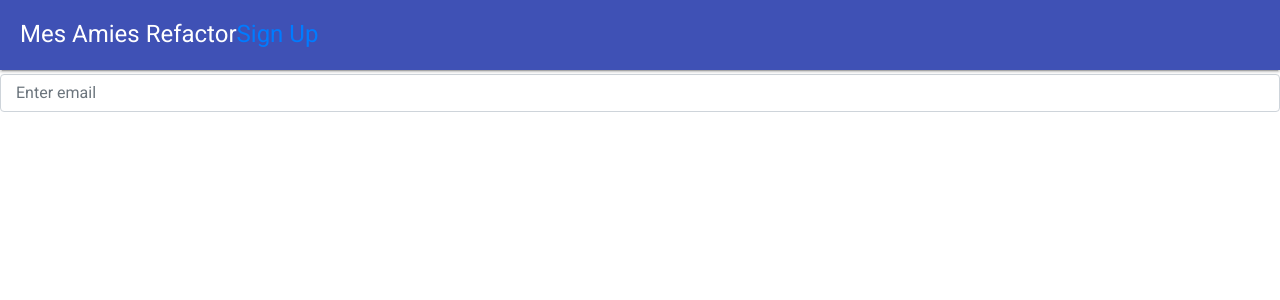
Repository: Symfomany/react-part2
Page: /signup
The author's editor kept a copy of each file at every save. The page is drawn from the files as they stood at one save, then again after the next save.
The browser window is 1280 px wide. The pictures show the whole page.
The project was rebuilt for these pictures with package versions that can differ from the ones it lists, and the page was loaded fresh each time. Also part of the build but not shown: src/Formulaire.js, src/Item.css, src/Item.js, src/Liste.js, src/Loader.css, src/Loader.js, src/Main.js.

Above is the page before, as saved 2018-05-22 07:28:25.

### public/index.html
<!DOCTYPE html>
<html lang="en">

<head>
  <meta charset="utf-8">
  <meta name="viewport" content="width=device-width, initial-scale=1, shrink-to-fit=no">
  <meta name="theme-color" content="#000000">
  <!--
      manifest.json provides metadata used when your web app is added to the
      homescreen on Android. See https://developers.google.com/web/fundamentals/engage-and-retain/web-app-manifest/
    -->
  <link href="%PUBLIC_URL%/manifest.json" rel="manifest">
  <link href="%PUBLIC_URL%/favicon.ico" rel="shortcut icon">
  <!--
      Notice the use of %PUBLIC_URL% in the tags above.
      It will be replaced with the URL of the `public` folder during the build.
      Only files inside the `public` folder can be referenced from the HTML.

      Unlike "/favicon.ico" or "favicon.ico", "%PUBLIC_URL%/favicon.ico" will
      work correctly both with client-side routing and a non-root public URL.
      Learn how to configure a non-root public URL by running `npm run build`.
    -->
  <title>React App</title>
  <link href="https://stackpath.bootstrapcdn.com/bootstrap/4.1.1/css/bootstrap.min.css" rel="stylesheet">
  <link href="https://fonts.googleapis.com/icon?family=Material+Icons" rel="stylesheet">
  <link href="https://fonts.googleapis.com/css?family=Roboto" rel="stylesheet">

</head>

<body>
  <noscript>
    You need to enable JavaScript to run this app.
  </noscript>
  <div id="root"></div>
  <!--
      This HTML file is a template.
      If you open it directly in the browser, you will see an empty page.

      You can add webfonts, meta tags, or analytics to this file.
      The build step will place the bundled scripts into the <body> tag.

      To begin the development, run `npm start` or `yarn start`.
      To create a production bundle, use `npm run build` or `yarn build`.
    -->
</body>

</html>

### src/index.js
import React from "react";
import ReactDOM from "react-dom";
import "./index.css";
import Layout from "./Layout";
import registerServiceWorker from "./registerServiceWorker";

if (module.hot) {
  module.hot.accept();
}

ReactDOM.render(<Layout />, document.getElementById("root"));
registerServiceWorker();

### src/Layout.js
import React, { Component } from "react";
import Main from "./Main";
import Signup from "./Signup";
import { BrowserRouter, Route, Switch } from "react-router-dom";

class Layout extends Component {
  render() {
    return (
      <BrowserRouter>
        <Switch>
          <Route exact path="/" component={Main} />
          <Route path="/signup" component={Signup} />
        </Switch>
      </BrowserRouter>
    );
  }
}

export default Layout;

### src/Signup.js
import React, { Component } from "react";
import Heading from "./Heading";

class Signup extends Component {
  constructor(props) {
    super(props);
    this.state = {};
  }
  render() {
    return (
      <div>
        <Heading />

        <form>
          <h3>Add an user</h3>
          <div className="form-group">
            <label for="exampleInputEmail1">Email address</label>
            <input
              type="email"
              className="form-control"
              id="exampleInputEmail1"
              aria-describedby="emailHelp"
              placeholder="Enter email"
            />
          </div>
        </form>
      </div>
    );
  }
}

export default Signup;

### src/Heading.js
import React, { Component } from "react";
import "./Heading.css";
import { NavLink } from "react-router-dom";

class Heading extends Component {
  render() {
    return (
      <header>
        <h3 className="title">
          Mes Amies Refactor
          {this.props.nb > 0 && (
            <span className="badge">{this.props.nb} amis</span>
          )}
          <NavLink to="/signup">Sign Up</NavLink>
        </h3>
      </header>
    );
  }
}

export default Heading;

### src/Formulaire.css
input.form-control {
    -webkit-transition: all 0.3s ease-in-out;
    -moz-transition: all 0.3s ease-in-out;
    -ms-transition: all 0.3s ease-in-out;
    -o-transition: all 0.3s ease-in-out;
    outline: none;
    padding: 15px;
}

input.active {
    color: grey;
}

input.inactive:focus {
    color: orange;
}

form#friendsForm {
    margin-top: 20px;
    position: fixed;
    width: 100%;
    height: 245px;
    bottom: 0px;
    left: 0;
    background: white;
    padding-top: 15px;
    padding-left: 5%;
    padding-right: 5%;
    border-top: 1px solid #eee;
}

button.btn {
    padding: 15px;
    width: 200px;
    margin: 0 auto;
    width: 60%;
    margin-left: 20%;
}

### src/Liste.css
ul#liste {
  margin-top: 90px;
  overflow: auto;
  height: 624px;
}

h3.title {
  text-align: left;
  margin-top: 20px;
  margin-left: 20px;
  font-size: 1.5rem;
}

### src/Heading.css
header {
  width: 100%;
  background-color: rgb(63, 81, 181);
  position: absolute;
  left: 0;
  top: 0;
  height: 70px;
  color: white;
  box-shadow: 0 2px 2px 0 rgba(0, 0, 0, 0.14), 0 3px 1px -2px rgba(0, 0, 0, 0.2),
    0 1px 5px 0 rgba(0, 0, 0, 0.12);
}
.badge {
  float: right;
  padding-right: 30px;
}

Loaded but not shown: src/index.css (common file); src/registerServiceWorker.js (common file)

After the next save:
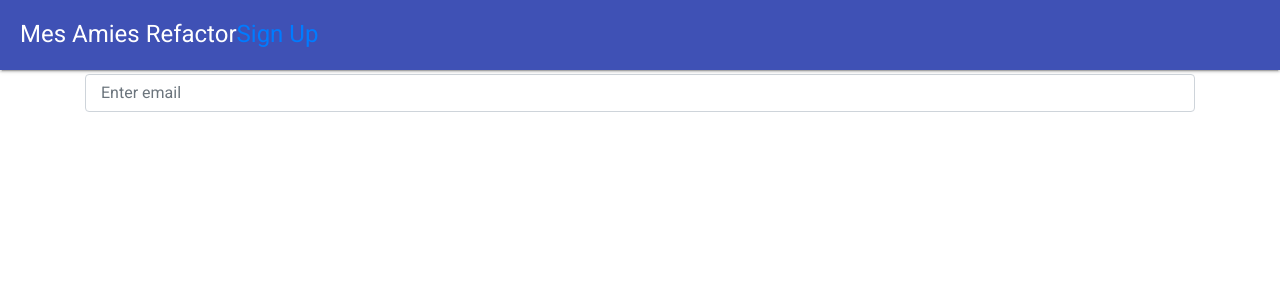
Saved 13 s later.
--- a/src/Signup.js
+++ b/src/Signup.js
@@ -11,7 +11,7 @@ class Signup extends Component {
       <div>
         <Heading />
 
-        <form>
+        <form class="container">
           <h3>Add an user</h3>
           <div className="form-group">
             <label for="exampleInputEmail1">Email address</label>
